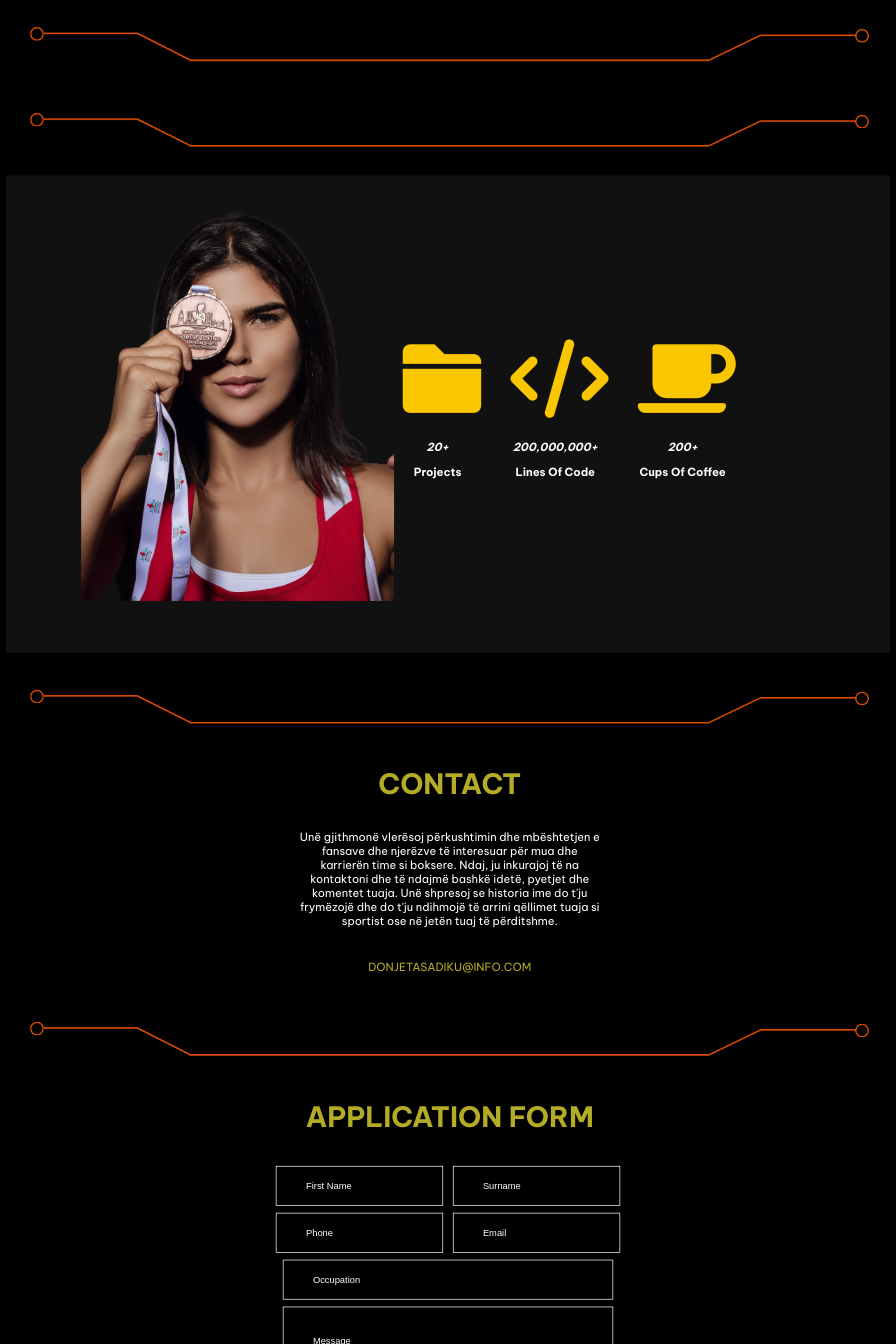
Repository: milot-morina/ds-boxing
Page: DS-Portfolio/index.html
An editor plug-in stored every save of this project. The page is shown before and after the next save, followed by the edit.
The browser window is 1280 px wide. The pictures show the part of the page from y = 2612 to 4532 px (the page is 4918 px tall before and 4833 px after), at 70% of full size.
A picture or video elsewhere on the page could not be fetched, so the positions and the page height are approximate.

Above is the page before, as saved 2023-03-21 11:14:16.
Console error: SyntaxError: Unexpected end of input

### DS-Portfolio/index.html
<!DOCTYPE html>
<html lang="en">
<head>
  <meta charset="UTF-8">
  <meta http-equiv="X-UA-Compatible" content="IE=edge">
  <meta name="viewport" content="width=device-width, initial-scale=1.0">
  <title>Donjeta Sadiku</title>
  <link rel="stylesheet" href="style.css">
  <link rel="stylesheet" href="https://cdnjs.cloudflare.com/ajax/libs/font-awesome/6.0.0-beta2/css/all.min.css" integrity="sha512-YWzhKL2whUzgiheMoBFwW8CKV4qpHQAEuvilg9FAn5VJUDwKZZxkJNuGM4XkWuk94WCrrwslk8yWNGmY1EduTA==" crossorigin="anonymous" referrerpolicy="no-referrer" />
  <link rel="icon" href="logofinal.png" type="image/icon type" style="width: 100%;">
  <link href="https://fonts.googleapis.com/css2?family=Be+Vietnam+Pro:wght@400;500;700&display=swap" rel="stylesheet">
</head>
<body>

  <section class="section1" id="home">
    <video muted autoplay loop style="pointer-events: none;">
      <source src="DS-Glitch.mp4" type="video/mp4">
    </video>
    <header class="hidden3">
      <div class="container">
        <nav class="navbar">
          <div class="brand-title">
            <img src="unitetiLogoFinal.png" alt="" width="130px">
          </div>
          <a href="#" class="toggle-button">
            <span class="bar"></span>
            <span class="bar"></span>
            <span class="bar"></span>
          </a>
          <div class="navbar-links">
            <ul>
              <li><a href="#home" class="home-btn">HOME</a></li>
              <li><a href="#club" class="header-club">CLUB</a></li>
              <li><a href="#contact" class="header-link a">CONTACT</a></li>
              <li><a href="#form" class="header-link a">FORM</a></li>
            </ul>
            <div class="socials">
            <i class="fa-brands fa-facebook"><a href="https://www.youtube.com/watch?v=dQw4w9WgXcQ"></a></i>
            <i class="fa-brands fa-instagram"></i>
            <i class="fa-brands fa-youtube"></i>
            <i class="fa-brands fa-app-store-ios"></i>
          </div>
          </div>

        </nav>
      </div>
    </header>
  </section>


  <img src="separator2.png" alt="" width="100%" style="margin-top: 40px;" class="first-seperator">


  <section class="section2 container row" id="club">

    <div class="images hidden2">
      <img src="handsUp.jpg" alt="">
    </div>
    <div class="text hidden">
      <p class="section-h hidden3">HISTORIA SHKRUHET!</p>
      <p class="section2-p hidden3">Nuk ka fjalë për t'u shprehur se sa krenare isha për të përfaqësuar vendin tim në skenën dhe për të marrë medalje ne kete nivel. Ishte një ndjenjë e mrekullueshme të përfaqësosh vendin tënd dhe të ndjehesh si një ambasador i saj në arenën nderkombetare.</p>
      <p class="section2-p hidden3">Në çdo moment të kësaj përvojeje, isha e mbuluar nga emocionet për rëndësinë që kjo ngjarje kishte për popullin tim dhe për boksierët shqiptarë. Nuk ishte thjesht një fitore personale, por ishte një fitore që përfaqësoi përparimin e boksi shqiptar dhe mundësinë e një të ardhme të ndritshme për sportin në vendin tonë.</p>
      <p class="section2-p hidden3">Kur mora medaljen olimpike, ndjeva një ndjenjë të thellë krenarie dhe një ndjesi të vërtetë prej triumfi. Ishte si të isha i gjithë vendlindja ime, duke festuar këtë arritje të madhe me mua. Nuk mund të mendoja për ndonjë gjë më të rëndësishme në atë moment, dhe do të mbaj gjithmonë këtë kujtim në zemrën time.</p>

    </div>

  </section>

  <img src="separator2.png" alt="" width="100%" style="margin-top: 30px;">


  <section class="section3 container">
    <p class="section-h">MEDALJET FLASIN VET!</p>
   <div class="row">
    <div class="text hidden2">
      <p>Viti me i suksesshem ne karrieren time . Solla dy medalje nje evropiane e një botërore. Dëshmova që une Donjeta Sadiku nuk dorërzohem asnjëher përkundrazi nuk kam dyshuar asnjëherë në veten time, mirpo tani po ndihem e kompletuar nën udhëheqjen e trajneres time Marjola Sallauka .</p>
      <p>Tash e tutje luftoj vetëm për medalje Olimpike. Unë besoj në vetën time dhe ju premtoj që me përkrahjen tuaj unë do ti realizoj këto synime . Faleminderit për përkrahje familjes time, Federatës së Boksit. Faleminderit trajnerës Marjola Sallauka për mjeshtërinë që tregon me punën e saj.</p>
    </div>
    <div class="images hidden">
      <img src="DplusMar.jpg" alt="" style="max-width: 640px;">
    </div>
   </div>

  </section>








  <img src="separator2.png" alt="" width="100%" style="margin-top: 30px;">




  <section class="section4 container" id="nft">
    <p class="section-h hidden3">HOLD THE VISION, TRUST THE PROCESS</p>
    <div class="row">
      <div class="text hidden2" style="text-align: left">
        <p>Unë jam Donjeta Sadiku, një boksere shqiptare që i kam kushtuar jetën sportit, e rritur në Prishtinë, Kosovë,
        </p>
        <p>Që nga një moshë e re, e dija se dëshiroja të bëhesha një boksere.Pavarësisht sfidave të shumta në rrugën time, nuk u dorëzova kurrë nga ëndrra ime.
        </p>
        <p>Me ndihmën e trajneres sime të përkushtuar, arrita të tejkalova edhe pengesat më të vështira qe të bëhesha një nga boksieret kryesore të femrave në Kosovë.</p>
      </div>
      <div class="hidden3">
        <div class="column">
          <img src="profilePic.png" alt="" style="width: 300px;">
          <!-- <img src="shadow.png" alt="" style="width: 300px;"> -->
        </div>
      </div>
      <div class="text hidden">
        <p>Punë e palodhshme dhe përkushtimi im iu kthye në mënyrë të mire kur përfaqësova vendin tim në Lojërat Olimpike të vitit 2020 në Tokyo, Japoni, duke fituar medaljen e parë të vendit tim në boksin e femrave.</p>
        <p>Pavarësisht konkurrencës së fortë nga disa nga boksieret më të mira të botës, luftova me të gjithë zemrën dhe shpirtin tim, duke fituar medaljen e parë të vendit tim në boksin e femrave.
        </p>
        <p>
          Mundohem te jem një shembull për gratë dhe vajzat kudo, duke treguar punë të palodhshme dhe përkushtim dhe vendosmeri, çdo gjë është e mundur.
        </p>
      </div>
    </div>

  </section>

  <img src="separator2.png" alt="" width="100%" style="margin-top: 30px;">
  <img src="separator2.png" alt="" width="100%" style="margin-top: 30px;">
  <!-- ktu section i ri -->


  <section class="fun-facts text-center" id="fun-facts">
    <div class="container">
      <div class="row">
        <div class="col-md-6 d-flex justify-content-end flex-column">
          <img src="medalje-removebg-preview.png" alt="Your image description" class="fun-facts-image animated">
        </div>

        <div class="col-md-6">
          <div class="row justify-content-between">
            <div class="col-md-4 text-center">
              <i class="fa fa-folder fa-7x fun-facts-icon animated"></i>
              <p class="number fun-facts-number animated">20+</p>
              <p class="fun-facts-text">Projects</p>
            </div>

            <div class="col-md-4 text-center">
              <i class="fa fa-code fa-7x fun-facts-icon animated"></i>
              <p class="number fun-facts-number animated">200,000,000+</p>
              <p class="fun-facts-text">Lines Of Code</p>
            </div>

            <div class="col-md-4 text-center">
              <i class="fa fa-coffee fa-7x fun-facts-icon animated"></i>
              <p class="number fun-facts-number animated">200+</p>
              <p class="fun-facts-text">Cups Of Coffee</p>
            </div>
          </div>
        </div>
      </div>
    </div>
  </section>




  <!-- perfunduon -->
  <img src="separator2.png" alt="" width="100%" style="margin-top: 30px;">

  <section class="section5 container" id="contact">
    <div class="text">
      <p class="section-h">CONTACT</p>
      <p>Unë gjithmonë vlerësoj përkushtimin dhe mbështetjen e fansave dhe njerëzve të interesuar për mua dhe karrierën time si boksere. Ndaj, ju inkurajoj të na kontaktoni dhe të ndajmë bashkë idetë, pyetjet dhe komentet tuaja. Unë shpresoj se historia ime do t'ju frymëzojë dhe do t'ju ndihmojë të arrini qëllimet tuaja si sportist ose në jetën tuaj të përditshme.</p>
      <p style="color: #B4AC25; margin-top: 45px;">DONJETASADIKU@INFO.COM</p>
    </div>
  </section>






 <img src="separator2.png" alt="" width="100%" style="margin-top: 30px;">

  <section class="section6 container" id="form">
    <div class="text">
      <p class="section-h">APPLICATION FORM</p>
    </div>
    <form action="#">
      <div class="form-row">
        <input type="text" placeholder="First Name">
        <input type="text"placeholder="Surname">
      </div>
      <div class="form-row">
        <input type="text" placeholder="Phone">
        <input type="email" placeholder="Email">
      </div>
      <div class="long-inputs-form">
        <input type="text" placeholder="Occupation"><br>
        <input type="text" placeholder="Message" style="padding-block: 40px;">
      </div>
    </form>
    <button class="home-btn">Apply</button>
    <div class="socials" style="margin-block: 40px;">
      <a href="https://www.facebook.com/your-page"><i class="fa-brands fa-facebook"></i></a>
      <a href="https://www.instagram.com/donjetasadikuofficial/"><i class="fa-brands fa-instagram"></i></a>
      <a href="https://www.youtube.com/channel/your-channel"><i class="fa-brands fa-youtube"></i></a>
      <!-- <a href="https://apps.apple.com/your-app"><i class="fa-brands fa-app-store-ios"></i></a> -->
    </div>


    <div class="text" style="margin-bottom: 40px;">
      <p>Copyright © - 2023 - Donjeta Sadiku </p>
    </div>


    <div style="background-color: rgba(0, 0, 0, 0.2); display: flex; justify-content: center; align-items: center;">
      <a class="navbar-brand" href="https://www.reetech.ch/">
        <img src="reetech.png" width="185" height="105" class="d-inline-block align-top" alt="">
      </a>
    </div>

  </section>




  <script src="script.js"></script>
</body>
</html>

### DS-Portfolio/style.css
html {
  scroll-behavior: smooth;
  transition: 2s;
  overflow-x: hidden;
}

body {
  text-align: center;
  overflow-x: hidden;
  font-family: 'Be Vietnam Pro', sans-serif;
  background-color: black !important;
}

/* header----*/


/*  */



/* #Fun Facts
================================================================================= */

.animated-image {
  opacity: 0;
  transform: translateX(-100%);
  transition: opacity 1s ease-in-out, transform 1s ease-in-out;
}

.animated-icon {
  opacity: 0;
  transform: translateY(100%);
  transition: opacity 1s ease-in-out, transform 1s ease-in-out;
}

.animated-number {
  font-style: italic;
  font-size: 32px;
  margin-top: 20px;
  opacity: 0;
  transition: opacity 1s ease-in-out;
}

.fun-facts {
  background: #111;
  padding: 50px;
  margin-top: 20px;
  color: #fff;
}

.fun-facts i {
  color: #fac600;
  margin-bottom: 15px;
  margin-right: 0;
}

.fun-facts i:hover {
  color: #fac600;
}

.fun-facts p {
  font-weight: bold;
}

p.number {
  font-style: italic;
}

.fun-facts .container {
  display: flex;
  flex-direction: column;
  align-items: center;
}

.fun-facts img {
  max-width: 100%;
  height: auto;
  margin-bottom: 20px;
}

.fun-facts .row {
  display: flex;
  flex-direction: column;
  align-items: center;
}

.fun-facts .col-md-4 {
  text-align: center;
  margin-bottom: 20px;
}

@media screen and (min-width: 768px) {
  .fun-facts .container {
    flex-direction: row;
    justify-content: space-between;
  }

  .fun-facts .row {
    flex-direction: row;
    align-items: center;
  }

  .fun-facts .col-md-4 {
    margin-right: 30px;
    margin-bottom: 0;
  }

  .fun-facts .col-md-4:last-child {
    margin-right: 0;
  }

  .fun-facts .order-md-1 {
    order: 2;
  }

  .fun-facts .order-md-2 {
    order: 1;
  }

  .fun-facts .justify-content-end {
    justify-content: flex-end;
  }
}


/*  */


header {
  background-color: transparent;
  width: 100%;
  position: absolute;
  top: 0;
  left: 0;

  z-index: 100;
}


.navbar {
  display: flex;
  flex-direction: column;
  justify-content: space-between;
  align-items: flex-start;
  color: black;
}



.navbar-links {
  width: 100%;
  display: none;
}

.navbar-links ul {
  margin: 0;
  padding: 0;
  display: flex;
  flex-direction: column;
  width: 100%;
  text-align: center;
}

.navbar-links li {
  list-style: none;
  font-size: 15px;

}

.navbar-links li a {
  text-decoration: none;
  color: white;

  display: block;
}


.toggle-button {
  position: absolute;
  top: .75rem;
  right: 1rem;
  display: flex;
  flex-direction: column;
  justify-content: space-between;
  width: 31px;
  height: 21px;
}

.bar {
  width: 100%;
  height: 3px;
  background-color: white;
  border-radius: 10px;
}

.navbar-links.active {
  display: flex;
  flex-direction: column;
  background-color: transparent;
}

i {
  color: white;
}

i:hover {
  color: #B4AC25;
  cursor: pointer;
}



video {
  width: 100%;
  position: relative;
  height: auto;
  pointer-events: none;
  display: none;
}



.socials {
  width: 47%;
  display: block;
  margin: 5px auto;
  text-align: center;
}

i {
  margin-left: 12px;
  font-size: 24px;
}


.header-club {
  color: white;
  padding-inline: 10px;
  margin-top: 5px;
  max-width: 80px;
  display: block;
  margin-inline: auto;
  font-weight: 700;
}


.header-club:hover {
  color: white;
  border-color: #B4AC25;

}

.home-btn {
  color: white;
  padding-inline: 10px;
  margin-top: 5px;
  max-width: 80px;
  display: block;
  margin-inline: auto;
  font-weight: 700;
}

.home-btn:hover {
  color: white;
  border-color: white;
  background-color: transparent;
  cursor: pointer;
}


.header-link {
  color: white;
  padding-inline: 10px;
  margin-top: 5px;
  max-width: 80px;
  display: block;
  margin-inline: auto;
  font-weight: 700;
}

.header-link:hover {
  color: #B4AC25;
}

a {
  position: relative;
}

a::after {
  content: " ";
  position: absolute;
  background-color: #B4AC25;
  height: 3px;
  width: 0;
  left: 0;
  bottom: -10px;
  transition: 0.3s;
}

a:hover::after {
  width: 100%;
}





/*---------------header-----------*/




/*---------------------- collapsible table ------------------------*/

.main-collapsible {
  background-color: transparent;
  color: black;
  width: 100%;
  margin-inline: auto;
  margin-block: 120px 40px;
}



.container-collapsible {
  width: 100%;
  margin: 0 auto;
  display: flex;
  flex-direction: column;
  align-items: center;
}


hr {
  background-color: white;
  width: 90%;
  display: block;
  margin-inline: auto;
}



.collapsible-button {
  background-color: rgb(24, 24, 24);
  color: gray;
  cursor: pointer;
  padding: 5px;
  width: 93%;
  border-bottom: 1px solid white;
  display: flex;
  align-items: center;
  justify-content: space-between;
  text-align: left;
  outline: none;
  font-size: 15px;
  border: none;
}





.button-name-collapsible {
  color: white;
  text-align: left;
  outline: none;
  font-size: 16px;

}


.button-name-collapsible:hover {
  color: #B4AC25;
}



.collapsible-button:after {
  content: '\002B';
  color: white;
  font-weight: bold;
  float: right;
  margin-left: 5px;
  font-size: 24px;
}

.collapsible-button:hover::after{
  color: #B4AC25;
}

.active:after {
  content: "\2212";
}

.content {
  width: 93%;
  max-height: 0;
  overflow: hidden;
  transition: max-height 0.2s ease-out;
  background-color:  rgb(24, 24, 24);
  color: white;
  margin-bottom: 10px;
}

/*---------------------- collapsible table ------------------------*/



/*----------animations------------*/

.hidden {
  opacity: 0;
  filter: blur(2px);
  transform: translateX(60%);
  transition: all 700ms;
}


.hidden2 {
  opacity: 0;
  filter: blur(2px);
  transform: translateX(-60%);
  transition: all 700ms;
}

.hidden3 {
  opacity: 0;
  filter: blur(2px);
  transform: translateY(-5%);
  transition: all .7s;
}



.show {
  opacity: 1;
  filter: blur(0);
  transform: translateX(0);
}


@media(prefers-reduced-motion) {
  .hidden {
    transition: none;
  }
}

/*--------------animations------------------*/


/*---------main---------------*/

body {
  background-color: black;

}


.container {
  width: 90%;
  margin: 0 auto;
}



.first-seperator {
  display: none;
}

@media(min-width: 687px) and (max-width: 900px) {
  .column {
    display: flex;
    flex-direction: column;
    width: 100%;
    margin-left: 28%;
  }
}


.row2 {
  display: flex;
  align-items: center;
  justify-content: space-between;
}

.section2 {
  margin-top: 70px;
}

.section2 img {
  width: 80%;
  max-width: 500px;
  display: block;
  margin-inline: auto;
}

.text {
  color: white;
  max-width: 440px;
  display: block;
  margin-inline: auto;
}

.text p {
  font-weight: 400;
  margin-left: 5px;
}

.text .section-h,
.section-h {
  font-size: clamp(2.15rem, 2.5rem, 3.2rem);
  color: #B4AC25;
  font-weight: 700;
}

.images img {
  max-width: 550px;
  width: 100%;
}

.section3 .images img {
  width: 100%;
}


input {
  background-color: transparent;
  color: white;
  border: 1px solid white;
  padding: 20px 30px;
  margin: 5px;
  max-width: 410px;
}

input::placeholder {
  color: white;
  padding: 12px;
}

.long-inputs-form > input{
  width: 170px;
}

.section6 button{
  margin-top: 17px;
  padding: 10px 20px;
}

.section6 .socials{
  justify-content: center;
}



@media (min-width: 555px) {
  video {
    display: block;
  }

  .long-inputs-form > input{
    width: 470px;
  }

}


@media(min-width: 865px) {


  .toggle-button {
    display: none;
  }

  .navbar {
    flex-direction: row;
    align-items: center;
    justify-content: space-between;
  }

  .navbar-links  {
    display: flex;
    width: 100%;
    align-items: center;
  }

  .navbar-links ul {
    flex-direction: row;
    justify-content: center;
  }

  .navbar-links.active {
    flex-direction: row;
  }

  .socials {
    width: 6%;
    display: flex;
    justify-content: right;
  }

  .header-club {
    margin-left: 14px;
  }

}





@media (min-width: 900px) {
  .row {
    display: flex;
    justify-content: space-between;
    align-items: center;
  }

  .div {
    display: flex;
    justify-content: space-between;
    align-items: center;
    width: 100%;
    margin: 0 auto;
  }


  .long-inputs-form > input{
    width: 470px;
  }

}







/*---------------main-------------*/

### DS-Portfolio/script.js
const toggleButton = document.getElementsByClassName('toggle-button')[0]
const navbarLinks = document.getElementsByClassName('navbar-links')[0]

toggleButton.addEventListener('click', () => {
  navbarLinks.classList.toggle('active')
})

//
// Detect when the section is scrolled into view
const section = document.querySelector('#fun-facts');
let sectionIsVisible = false;

window.addEventListener('scroll', function() {
  if (!sectionIsVisible && isElementInViewport(section)) {
    sectionIsVisible = true;

    // Animate the image
    const image = document.querySelector('.animated-image');
    image.style.opacity = 1;
    image.style.transform = 'translateX(0)';

    // Animate the icons and numbers
    const icons = document.querySelectorAll('.animated-icon');
    const numbers = document.querySelectorAll('.animated-number');
    icons.forEach(function(icon) {
      icon.style.opacity = 1;
      icon.style.transform = 'translateY(0)';
    });
    numbers.forEach(function(number) {
      animateNumber(number, parseInt(number.dataset.final), 1000);
      number.style.opacity = 1;
    });



//




const observer = new IntersectionObserver((entries) => {
  entries.forEach((entry) => {
    console.log(entry)
    if (entry.isIntersecting) {
      entry.target.classList.add('show')
    } else {
      entry.target.classList.remove('show')
    }
  })
})

const hiddenElements = document.querySelectorAll('.hidden')
const hiddenElements2 = document.querySelectorAll('.hidden2')
const hiddenElements3 = document.querySelectorAll('.hidden3')
hiddenElements.forEach((el) => observer.observe(el))
hiddenElements2.forEach((el) => observer.observe(el))
hiddenElements3.forEach((el) => observer.observe(el))






//collapbsibleTable
let coll = document.getElementsByClassName("collapsible-button");
let i;

for (i = 0; i < coll.length; i++) {
  coll[i].addEventListener("click", function() {
    this.classList.toggle("active");
    let content = this.nextElementSibling;
    if (content.style.maxHeight){
      content.style.maxHeight = null;
    } else {
      content.style.maxHeight = content.scrollHeight + "px";
    }
  });
}

After the next save:
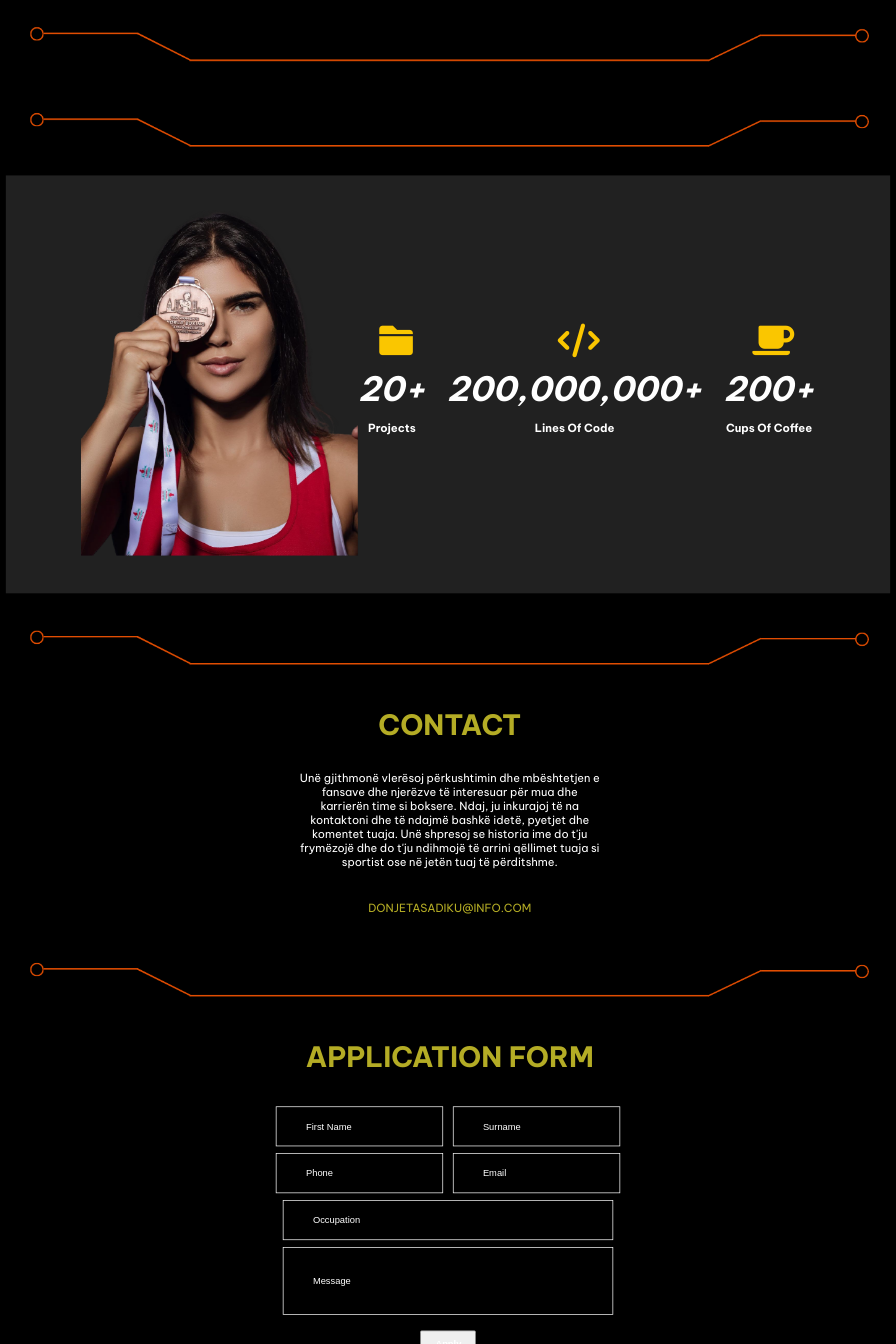
Saved 3 min 0 s later.
--- a/DS-Portfolio/style.css
+++ b/DS-Portfolio/style.css
@@ -21,28 +21,8 @@
 /* #Fun Facts
 ================================================================================= */
 
-.animated-image {
-  opacity: 0;
-  transform: translateX(-100%);
-  transition: opacity 1s ease-in-out, transform 1s ease-in-out;
-}
-
-.animated-icon {
-  opacity: 0;
-  transform: translateY(100%);
-  transition: opacity 1s ease-in-out, transform 1s ease-in-out;
-}
-
-.animated-number {
-  font-style: italic;
-  font-size: 32px;
-  margin-top: 20px;
-  opacity: 0;
-  transition: opacity 1s ease-in-out;
-}
-
 .fun-facts {
-  background: #111;
+  background: #212121;
   padding: 50px;
   margin-top: 20px;
   color: #fff;
@@ -52,6 +32,7 @@
   color: #fac600;
   margin-bottom: 15px;
   margin-right: 0;
+  font-size: 3rem; /* increase the icon size */
 }
 
 .fun-facts i:hover {
@@ -64,30 +45,68 @@
 
 p.number {
   font-style: italic;
+  font-size: 3rem; /* increase the number size */
+  margin: 0;
+  animation: count-up 1s ease-out; /* add a counting animation */
+  animation-fill-mode: forwards;
 }
 
 .fun-facts .container {
   display: flex;
-  flex-direction: column;
+  flex-direction: row;
+  justify-content: space-between;
   align-items: center;
 }
 
 .fun-facts img {
   max-width: 100%;
   height: auto;
-  margin-bottom: 20px;
+  transform: translateX(-100%); /* move the image offscreen */
+  animation: slide-in 1s ease-out; /* add a sliding animation */
+  animation-fill-mode: forwards;
 }
 
 .fun-facts .row {
   display: flex;
-  flex-direction: column;
+  flex-direction: row;
+  justify-content: space-between;
   align-items: center;
 }
 
 .fun-facts .col-md-4 {
   text-align: center;
-  margin-bottom: 20px;
-}
+}
+
+/* Define the animation for counting up the numbers */
+@keyframes count-up {
+  from {
+    opacity: 0;
+    transform: translateY(50px);
+  }
+  to {
+    opacity: 1;
+    transform: translateY(0);
+  }
+}
+
+/* Define the animation for sliding in the image and items */
+@keyframes slide-in {
+  from {
+    transform: translateX(-100%);
+  }
+  to {
+    transform: translateX(0);
+  }
+}
+
+/* Add a class to the container to trigger the animations on scroll */
+.fun-facts.animate {
+  visibility: hidden;
+}
+
+/* On scroll, add the 'animate' class to the container to trigger the animations */
+
+
 
 @media screen and (min-width: 768px) {
   .fun-facts .container {
